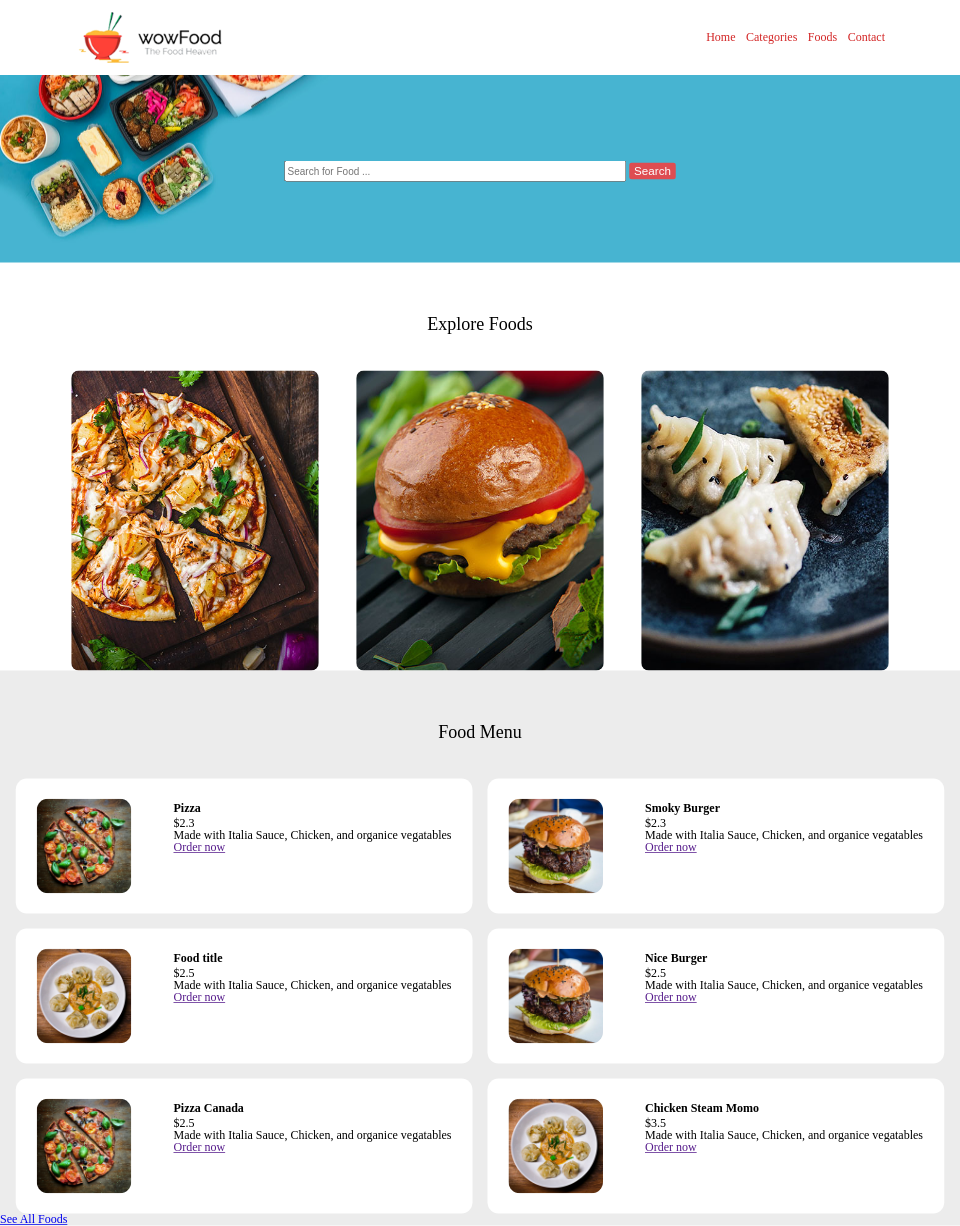
Repository: ruaruababa/WowFood
Page: index.html
The author's editor kept a copy of each file at every save. The page is drawn from the files as they stood at one save, then again after the next save.
The browser window is 1280 px wide. The pictures show the whole page, at 75% of full size.

Above is the page before, as saved 2021-09-18 08:50:18.

After the next save:
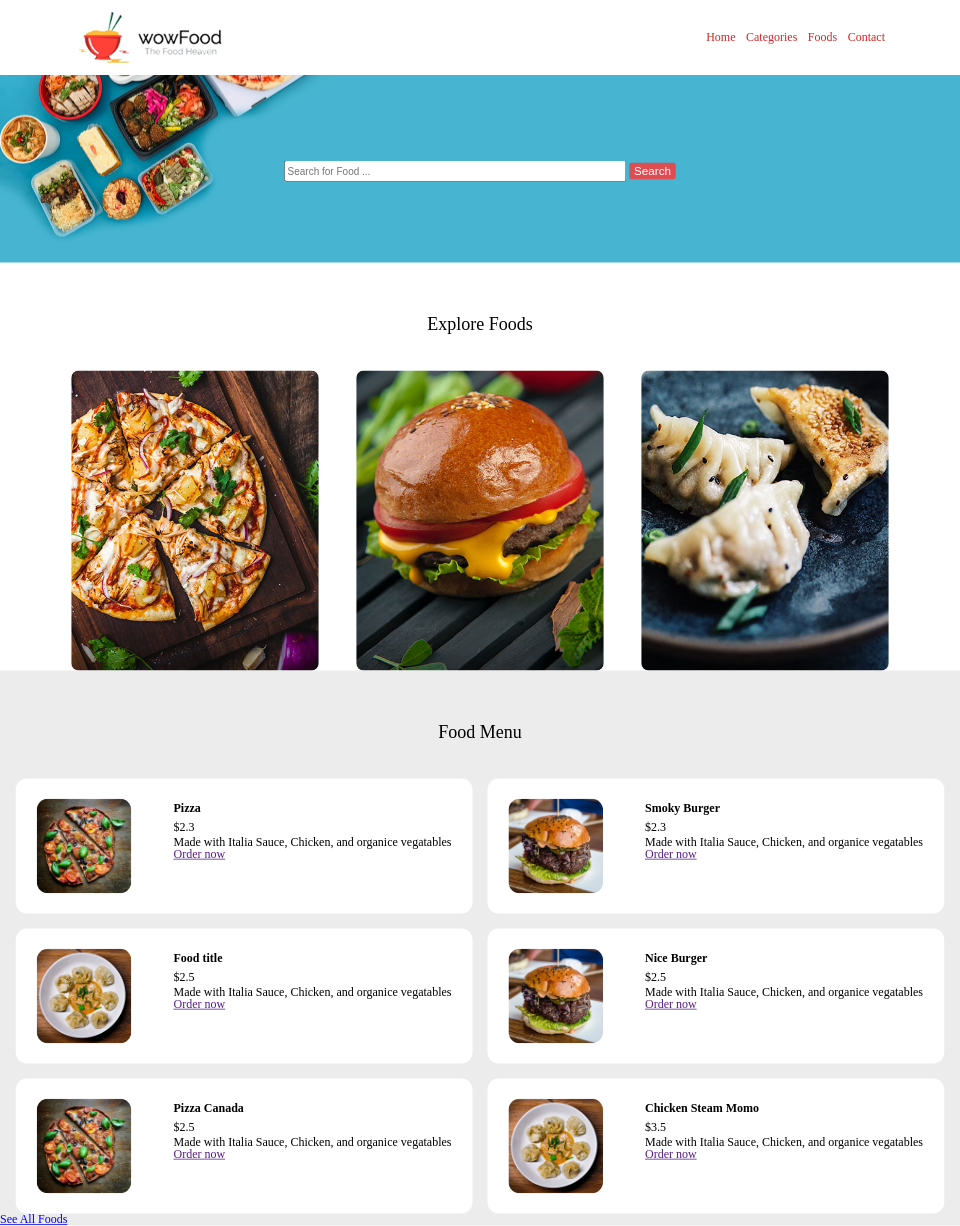
Saved 5 s later.
--- a/style.css
+++ b/style.css
@@ -164,7 +164,7 @@ article{
 }
 
 .price-item{
-    line-height: ;
+    line-height: 25px;
 }
 
 .des-item{
